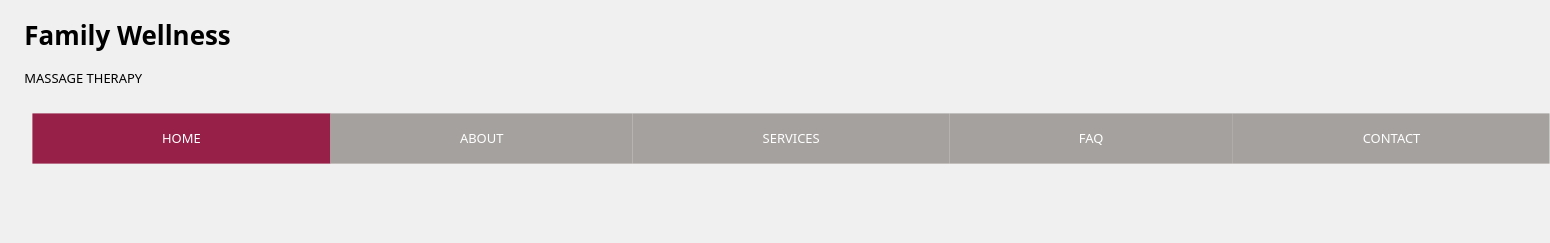
Repository: sriram1224/reactas1.github.io
Page: /
The author's editor kept a copy of each file at every save. The page is drawn from the files as they stood at one save, then again after the next save.
The browser window is 1280 px wide. The page is 1913 px wide, so the pictures cover 1913 px, including what lies to the right of the window. The pictures show the whole page, at 81% of full size.
Some web fonts or font styles are not loaded; a fallback is used. The project was rebuilt for these pictures with package versions that can differ from the ones it lists, and the page was loaded fresh each time. Also part of the build but not shown: src/App.css.

Above is the page before, as saved 2024-03-05 07:19:02.

After the next save:
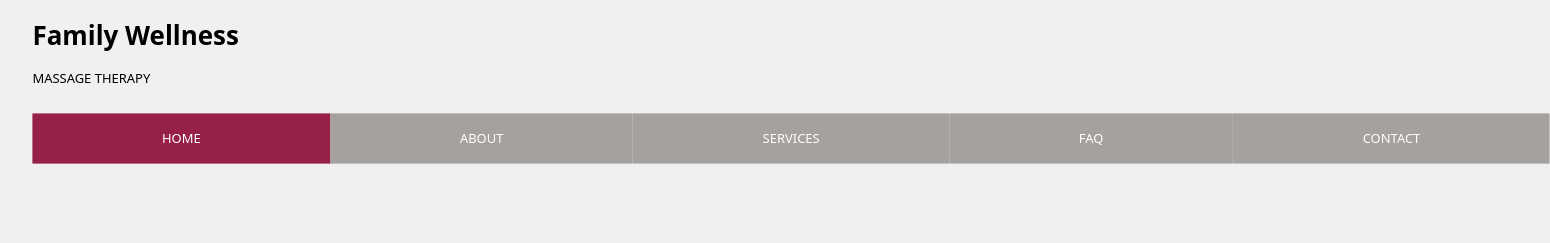
Saved 4 s later.
--- a/src/Components/Header.css
+++ b/src/Components/Header.css
@@ -1,3 +1,3 @@
 .header{
-    padding-left: 30px;
+    padding-left: 40px;
 }
